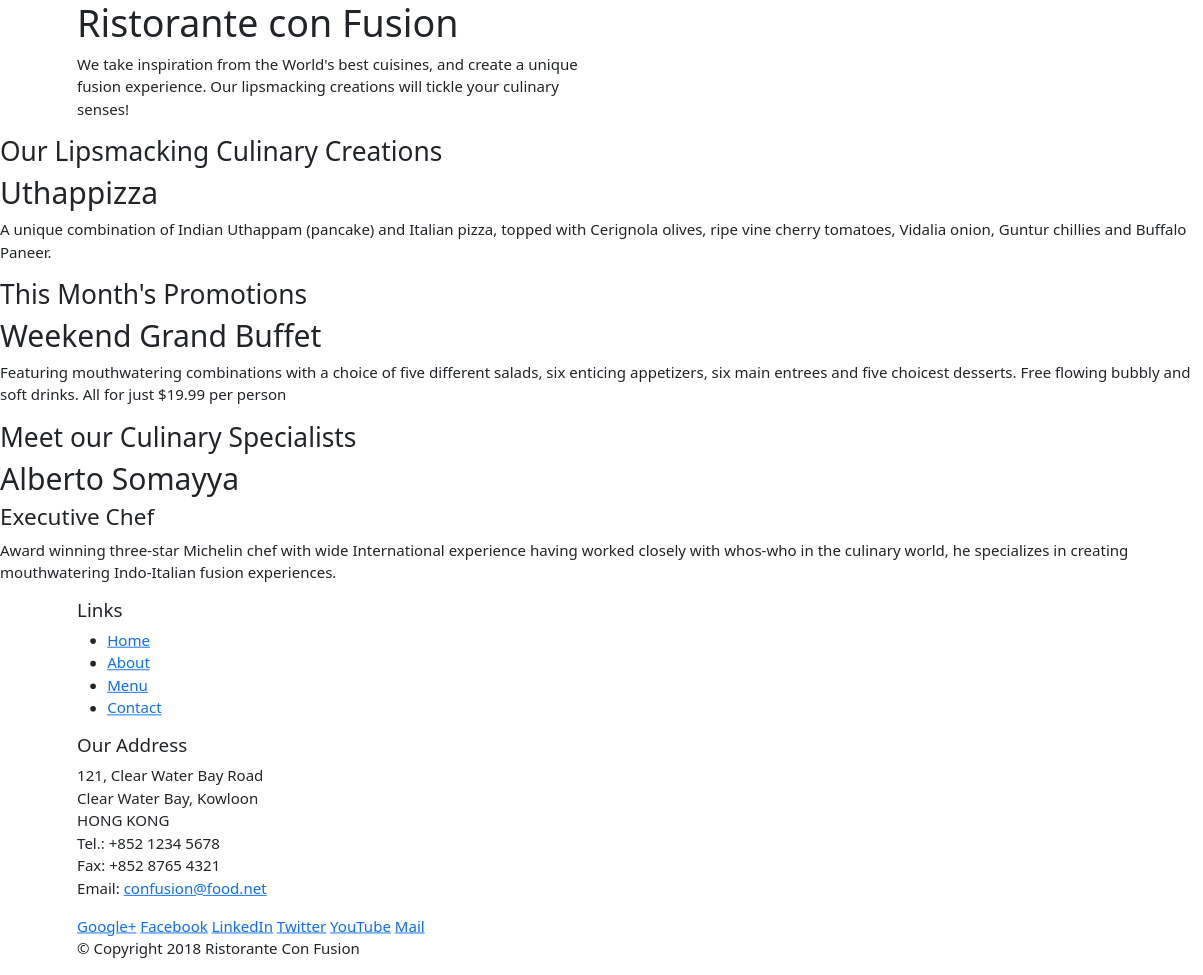
Repository: GiaBaooLe/Reactjs
Page: index.html
An editor plug-in stored every save of this project. The page is shown before and after the next save, followed by the edit.
The browser window is 1280 px wide. The pictures show the whole page, at 94% of full size.
Some web libraries are served in a nearby version.

Above is the page before, as saved 2023-09-12 13:50:21.

After the next save:
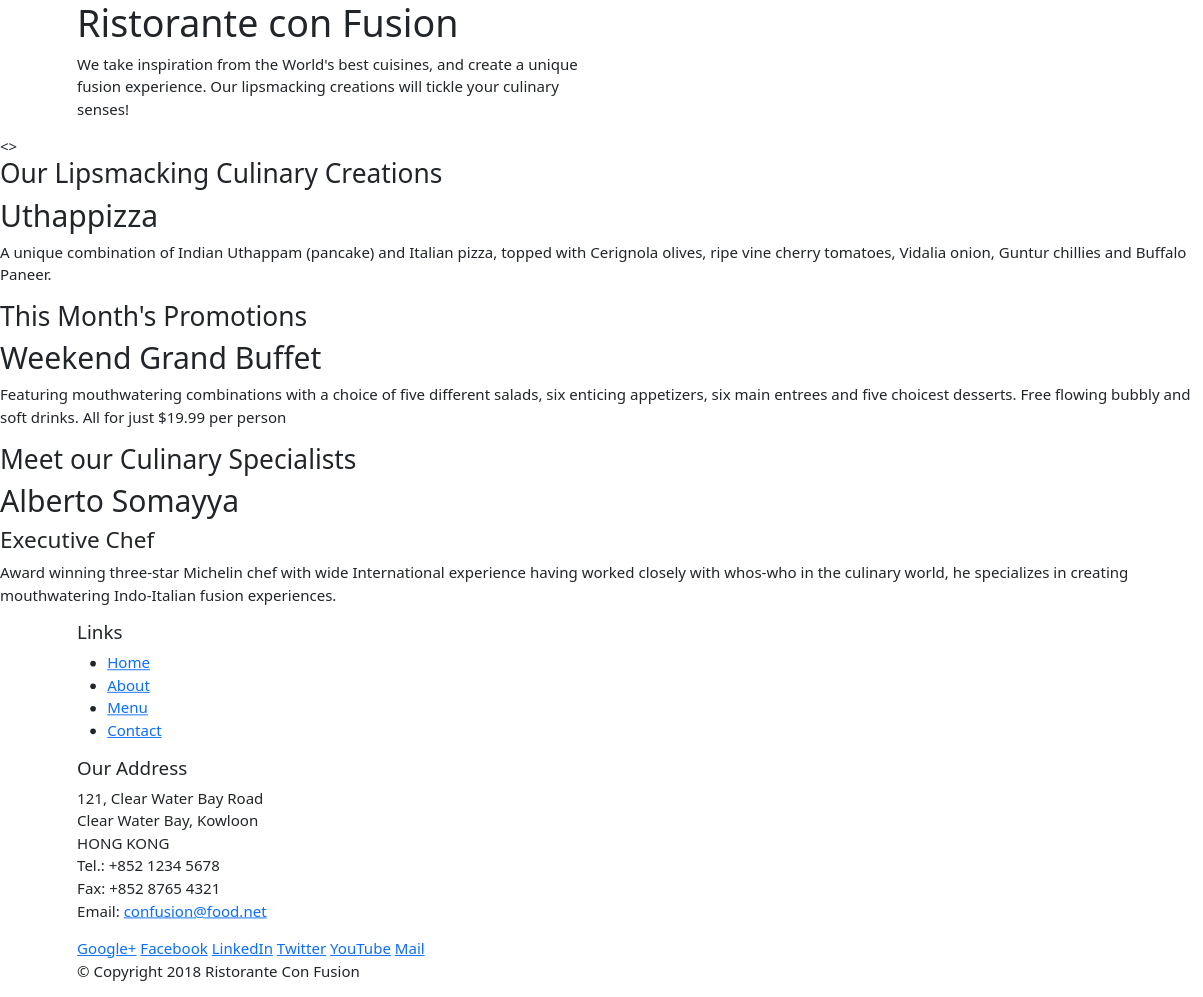
Saved 13 s later.
--- a/index.html
+++ b/index.html
@@ -39,7 +39,7 @@
     </div>
     </header>
 
-    <div>
+    <>
       <div>
         <div>
           <h3>Our Lipsmacking Culinary Creations</h3>
@@ -54,7 +54,7 @@
         </div>
       </div>
 
-
+    <div></div>
       <div>
         <div>
           <h3>This Month's Promotions</h3>
